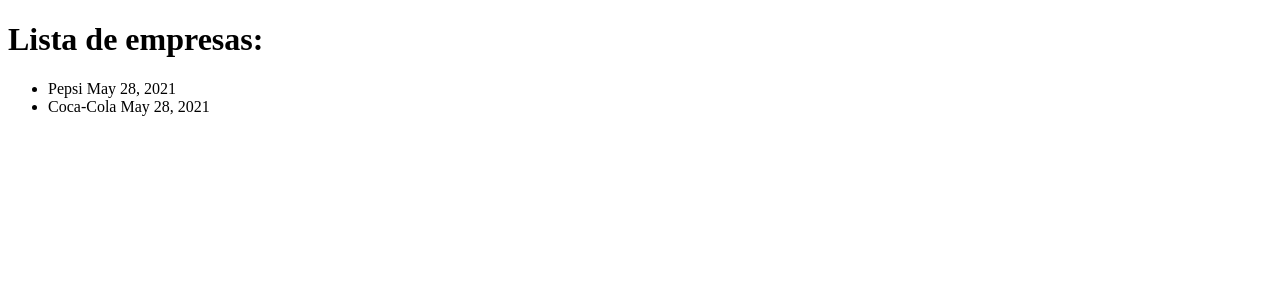
Repository: scaziti/java-spring
Page: http://localhost/gerenciador/listaEmpresas
An editor plug-in stored every save of this project. The page is shown before and after the next save, followed by the edit.
The browser window is 1280 px wide. The pictures show the whole page.
The page is served by Tomcat 9.

Above is the page before, as saved 2021-06-02 13:02:03.

After the next save:
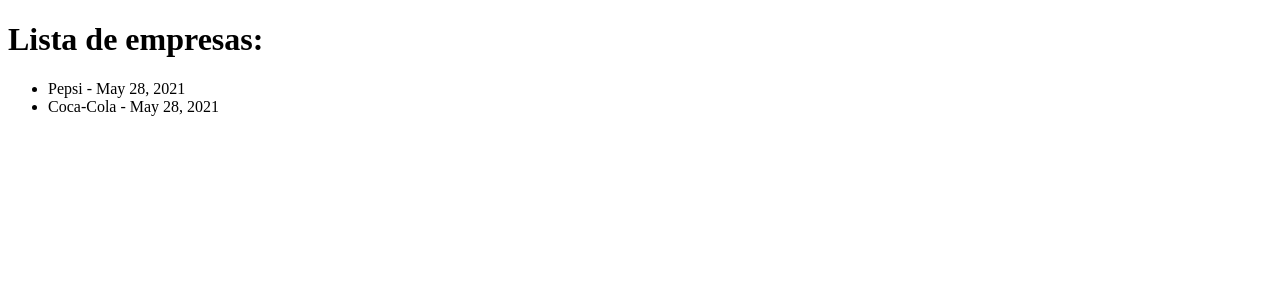
Saved 18 s later.
--- a/gerenciador/WebContent/listaEmpresas.jsp
+++ b/gerenciador/WebContent/listaEmpresas.jsp
@@ -16,7 +16,7 @@
 	<ul>
 		<c:forEach items="${empresas}" var="empresa">
 
-			<li> ${empresa.nome} <fmt:formatDate value="${empresa.dataAbertura}"/></li>
+			<li> ${empresa.nome} - <fmt:formatDate value="${empresa.dataAbertura}"/></li>
 		</c:forEach>
 	</ul>
 
